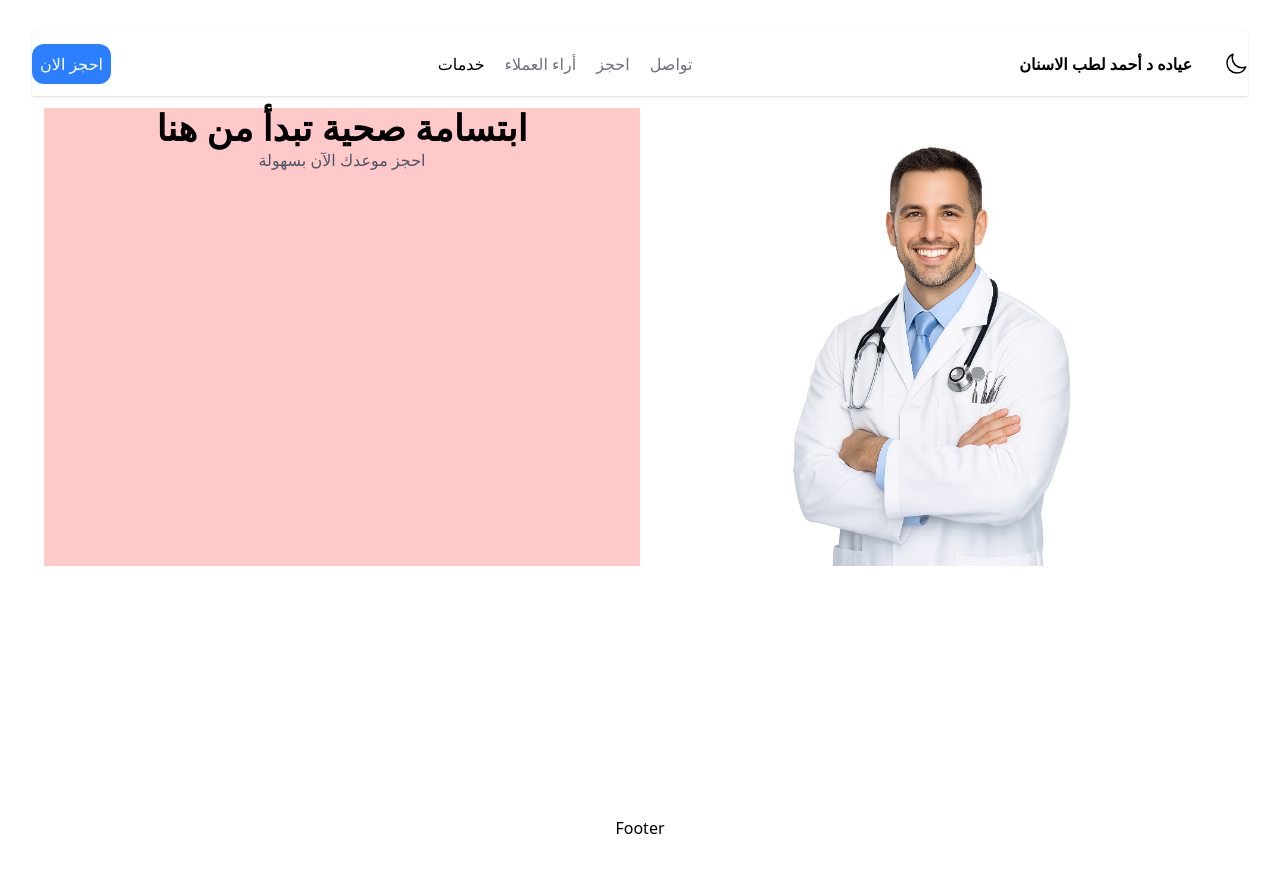
Repository: mohamedehab23-pro/clinic
Page: /
These files come from the project's save history. The page is drawn as it stood at one moment and after a run of saves; the edit follows.
The browser window is 1280 px wide. The pictures show the whole page.
The project was rebuilt for these pictures with package versions that can differ from the ones it lists, and the page was loaded fresh each time. Also part of the build but not shown: vite.config.js, src/Pages/AboutPage.jsx, src/Pages/ContactPage.jsx, src/Pages/NotFound.jsx, src/Components/Child.jsx, src/Components/Parent.jsx.

Above is the page before, as saved 2026-02-22 14:10:16.

After the next 3 saves:
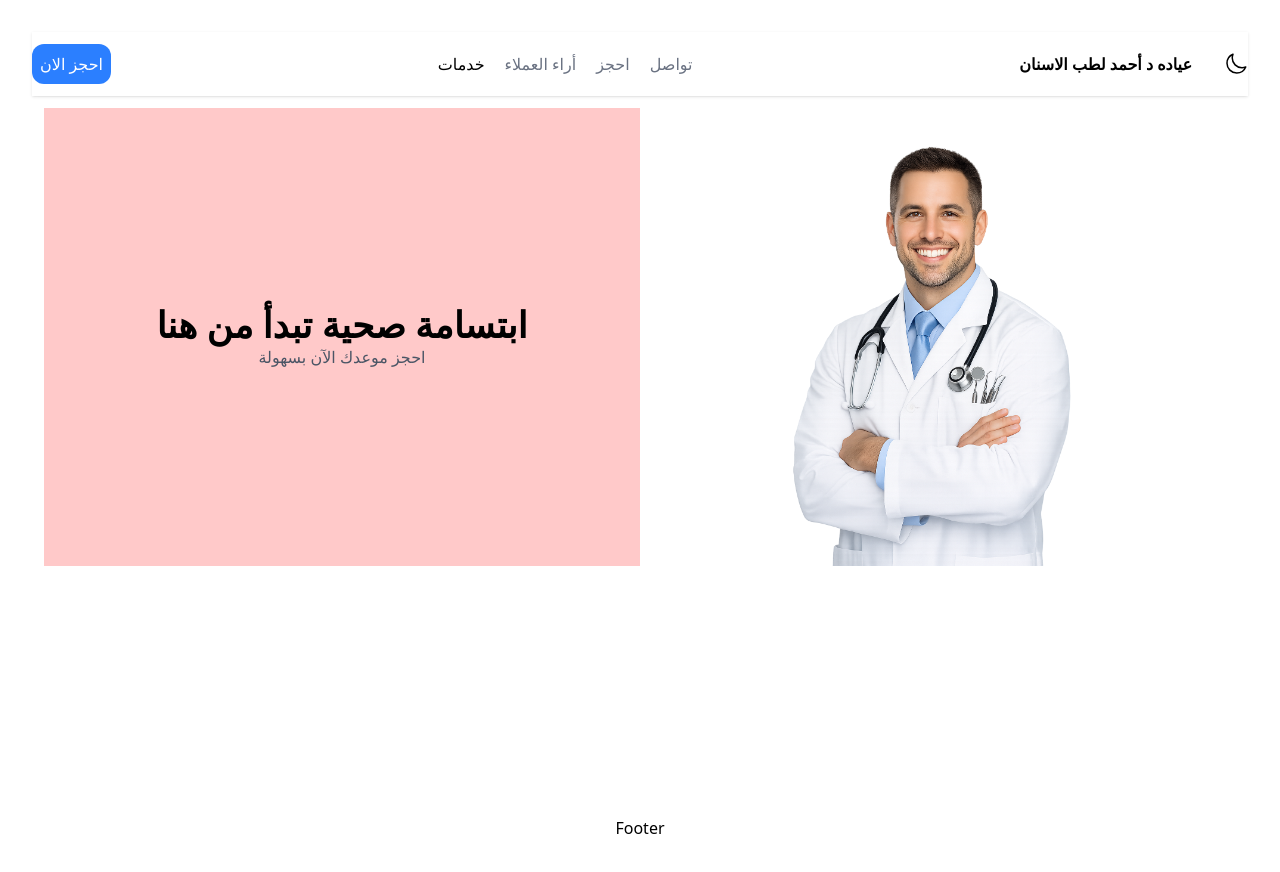
The 3 saves are shown as one change because they came seconds apart.
The last was saved 24 s later.
--- a/src/Pages/HeroPage.jsx
+++ b/src/Pages/HeroPage.jsx
@@ -4,7 +4,7 @@ export default function HomePage() {
   return (
     <div className='dark:bg-gray-800 min-h-screen p-3'>
       <div className='flex justify-around'>
-<div className='bg-red-200 w-full '>
+<div className='bg-red-200 w-full flex flex-col justify-center  '>
 <h2 className='text-4xl font-bold'>ابتسامة صحية تبدأ من هنا</h2>
 <p className='text-gray-600'>احجز موعدك الآن بسهولة</p>
 </div>
